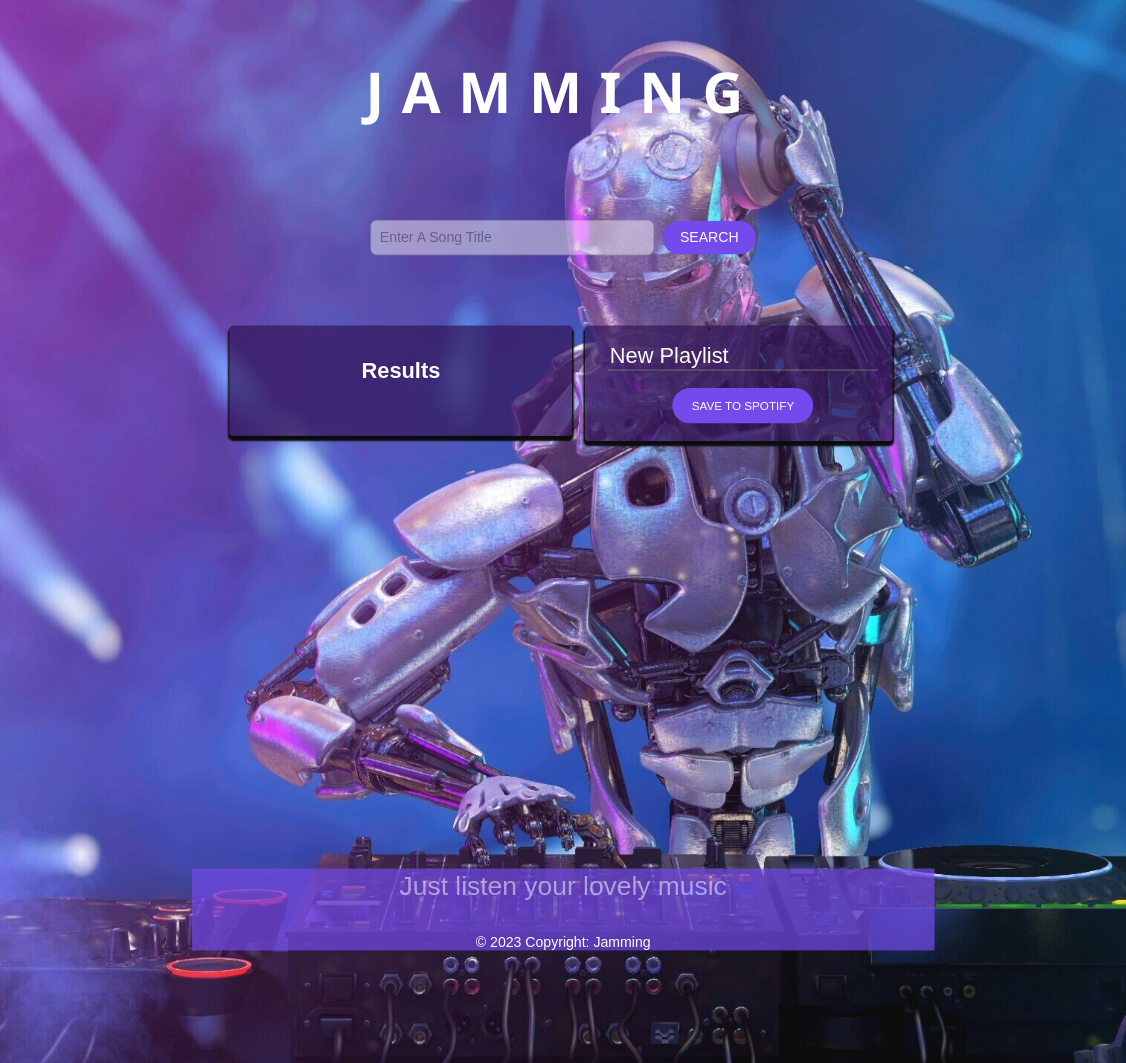
Repository: LolaSL/jamming
Page: /
These files come from the project's save history. The page is drawn as it stood at one moment and after the next save; the edit follows.
The browser window is 1280 px wide. The pictures show the whole page, at 88% of full size.
The project was rebuilt for these pictures with package versions that can differ from the ones it lists, and the page was loaded fresh each time. Also part of the build but not shown: src/components/Track/Track.jsx.

Above is the page before, as saved 2023-06-23 20:06:37.

After the next save:
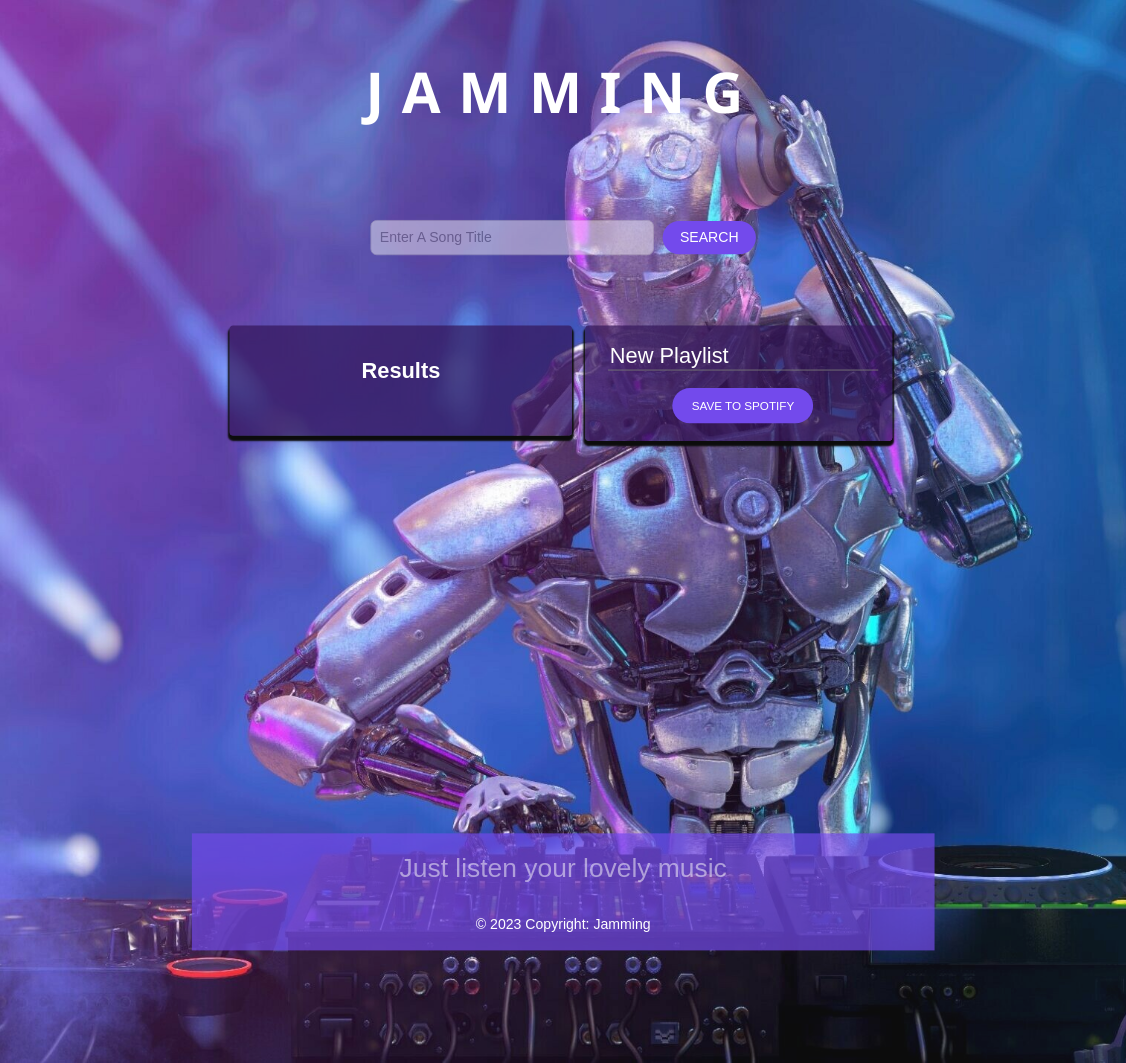
Saved 21 s later.
--- a/src/components/Footer/Footer.css
+++ b/src/components/Footer/Footer.css
@@ -3,7 +3,7 @@
 .footer {
     background-color: rgba(108, 65, 233, .7);
     min-width:100%;
-    /* padding: 20px 0; */
+    padding: 20px 0;
     color: white;
     position: relative;
 }
